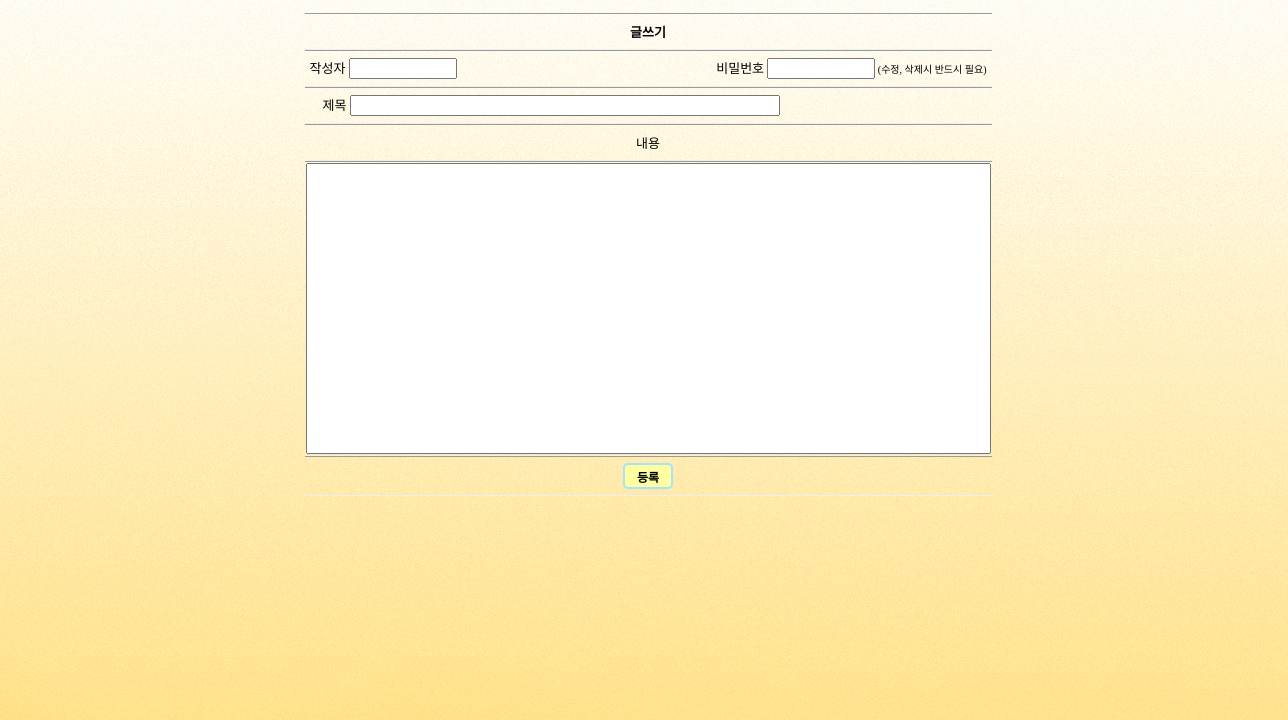
Repository: SuyeonCha/REYOLA
Page: http://localhost/BOARD/write.jsp
The author's editor kept a copy of each file at every save. The page is drawn from the files as they stood at one save, then again after the next save.
The browser window is 1280 px wide. The page is 1288 px wide, so the pictures cover 1288 px, including what lies to the right of the window. The pictures show the whole page.
The pointer rests on the first visible `.save`.
The page is served by Tomcat 9.

Above is the page before, as saved 2018-06-21 01:44:27.

After the next save:
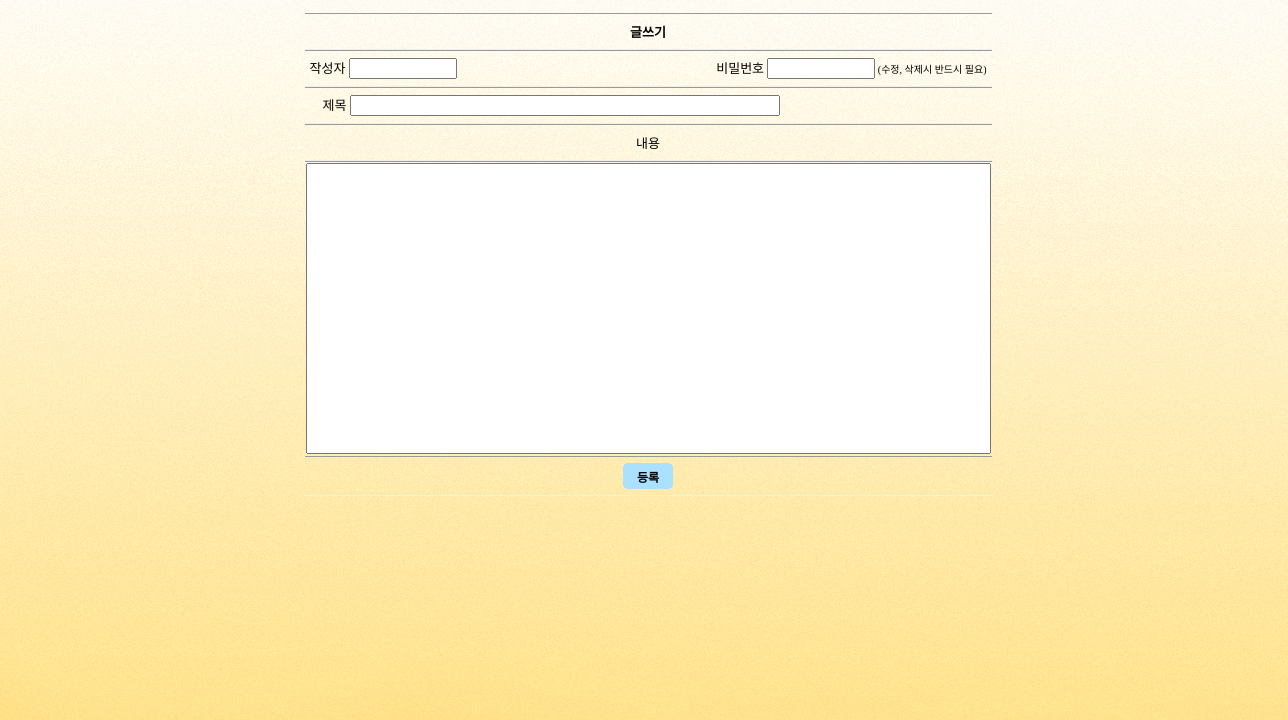
Saved 7 s later.
--- a/REYOLA/BOARD/WebContent/css/write_css.css
+++ b/REYOLA/BOARD/WebContent/css/write_css.css
@@ -46,5 +46,5 @@ button{
   height: 26px;
   }
  .save:hover{
-    background-color: #FFFFA2;
+    background-color: #aae1ff;
 }
